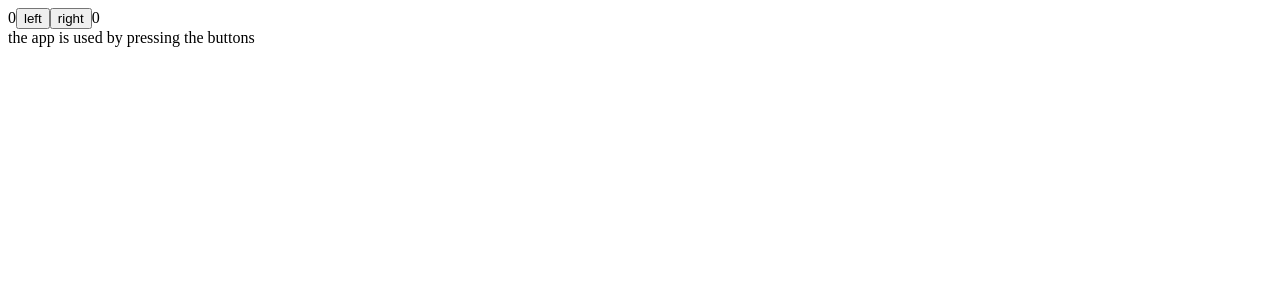
Repository: LordThiouk/part1
Page: /
The author's editor kept a copy of each file at every save. The page is drawn from the files as they stood at one save, then again after the next save.
The browser window is 1280 px wide. The pictures show the whole page.
The project was rebuilt for these pictures with package versions that can differ from the ones it lists, and the page was loaded fresh each time. Also part of the build but not shown: vite.config.js.

Above is the page before, as saved 2023-09-22 07:48:27.

After the next save:
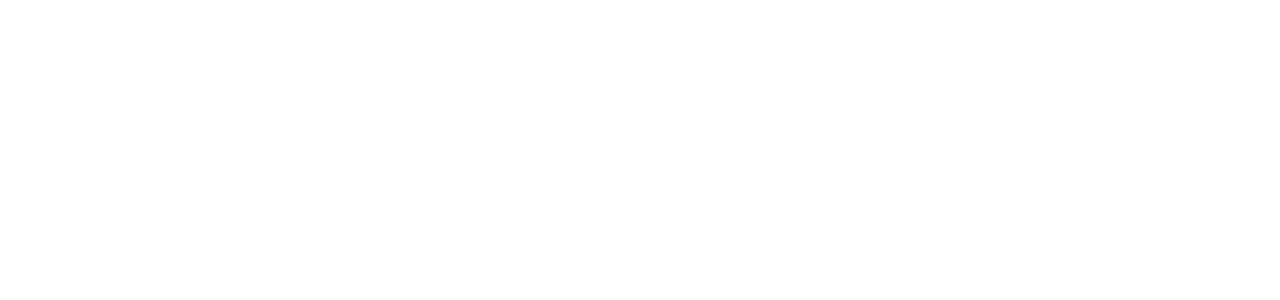
Console error: ReferenceError: createRoot is not defined
Saved 31 min 6 s later.
--- a/src/App.jsx
+++ b/src/App.jsx
@@ -1,6 +1,6 @@
 import React from 'react';
 import { useState } from 'react'
-
+import { StrictMode } from 'react';
 const History = (props) => {
   if (props.allClicks.length === 0) {
     return (
@@ -50,5 +50,11 @@
     </div>
   )
 }
+const root = createRoot(document.getElementById('root'));
+root.render(
+  <StrictMode>
+    <App />
+  </StrictMode>
+);
 
 export default App;

After the save that followed:
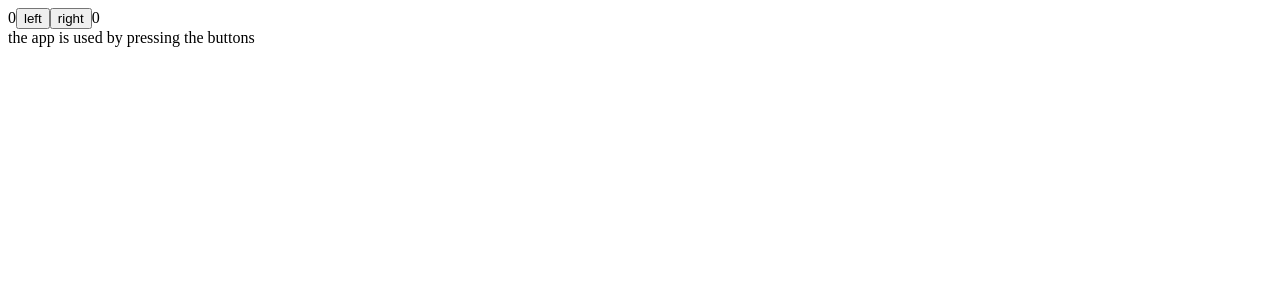
The error is gone.
Saved 92 s later.
--- a/src/App.jsx
+++ b/src/App.jsx
@@ -50,11 +50,10 @@
     </div>
   )
 }
-const root = createRoot(document.getElementById('root'));
-root.render(
+
   <StrictMode>
     <App />
   </StrictMode>
-);
+
 
 export default App;
